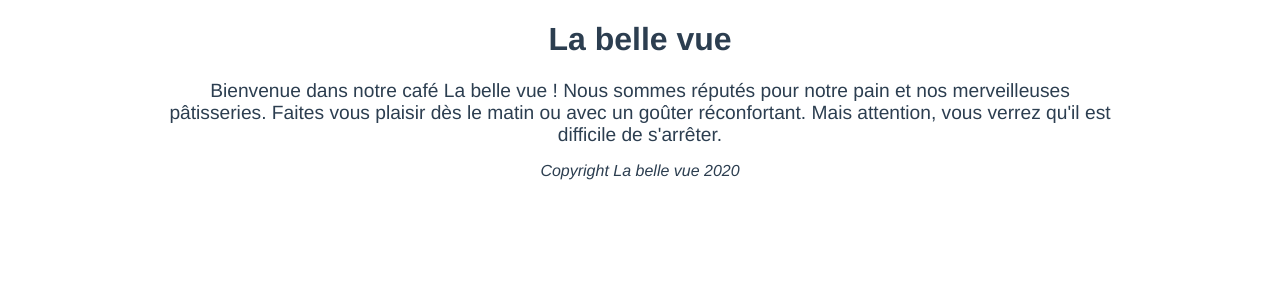
Repository: arione15/OC-tuto_cafe-avec-vue_Vue.js
Page: Partie 1 Créez votre première app Vue.js/Vue-fr-P1C2-Begin/cafe-with-a-vue/index.html
These files come from the project's save history. The page is drawn as it stood at one moment and after the next save; the edit follows.
The browser window is 1280 px wide. The pictures show the whole page.

Above is the page before, as saved 2021-09-06 14:29:58.

After the next save:
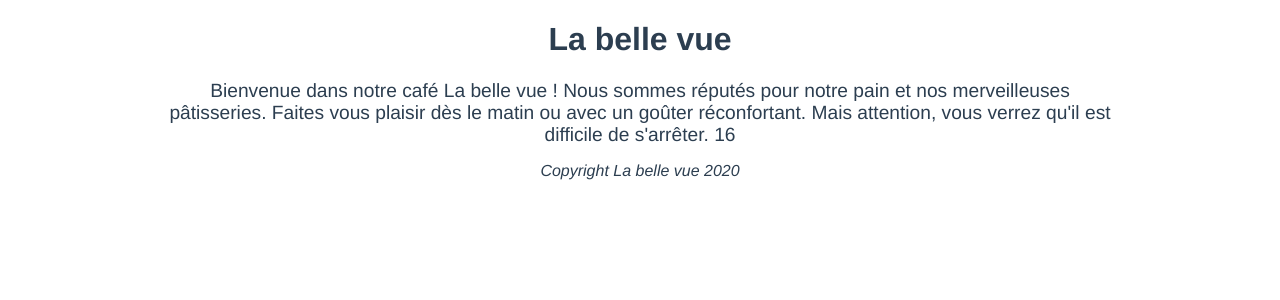
Saved 12 s later.
--- a/Partie 1 Créez votre première app Vue.js/Vue-fr-P1C2-Begin/cafe-with-a-vue/index.html
+++ b/Partie 1 Créez votre première app Vue.js/Vue-fr-P1C2-Begin/cafe-with-a-vue/index.html
@@ -16,7 +16,7 @@
 			Bienvenue dans notre café {{ restaurantName }} ! Nous sommes réputés pour notre
 			pain et nos merveilleuses pâtisseries. Faites vous plaisir dès le matin
 			ou avec un goûter réconfortant. Mais attention, vous verrez qu'il est
-			difficile de s'arrêter. {{  }}
+			difficile de s'arrêter. {{ totalAmount }}
 		</p>
 		<footer class="footer">
 			<p>Copyright {{ restaurantName }} 2020</p>
